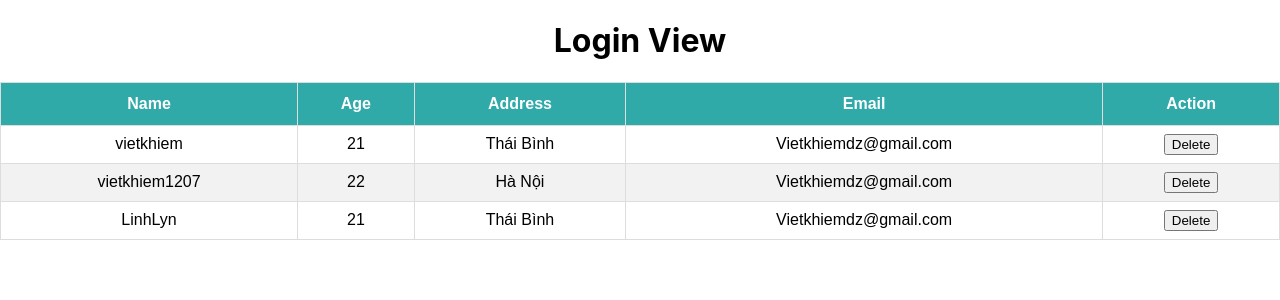
Repository: vietkhiem/TypeScript
Page: /
These files come from the project's save history. The page is drawn as it stood at one moment and after the next save; the edit follows.
The browser window is 1280 px wide. The pictures show the whole page.
The project was rebuilt for these pictures with package versions that can differ from the ones it lists, and the page was loaded fresh each time.

Above is the page before, as saved 2022-03-16 17:42:09.

After the next save:
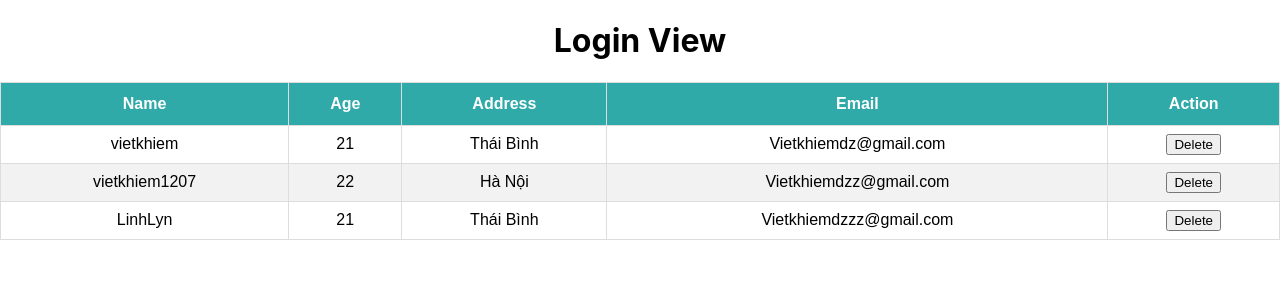
Saved 8 s later.
--- a/src/App.tsx
+++ b/src/App.tsx
@@ -17,14 +17,14 @@ function App() {
       name: 'vietkhiem1207',
       age: 22,
       address: 'Hà Nội',
-      email: 'Vietkhiemdz@gmail.com',
+      email: 'Vietkhiemdzz@gmail.com',
       action: 'Delete'
     },
     {
       name: 'LinhLyn',
       age: 21,
       address: 'Thái Bình',
-      email: 'Vietkhiemdz@gmail.com',
+      email: 'Vietkhiemdzzz@gmail.com',
       action: 'Delete'
     }
   ]
